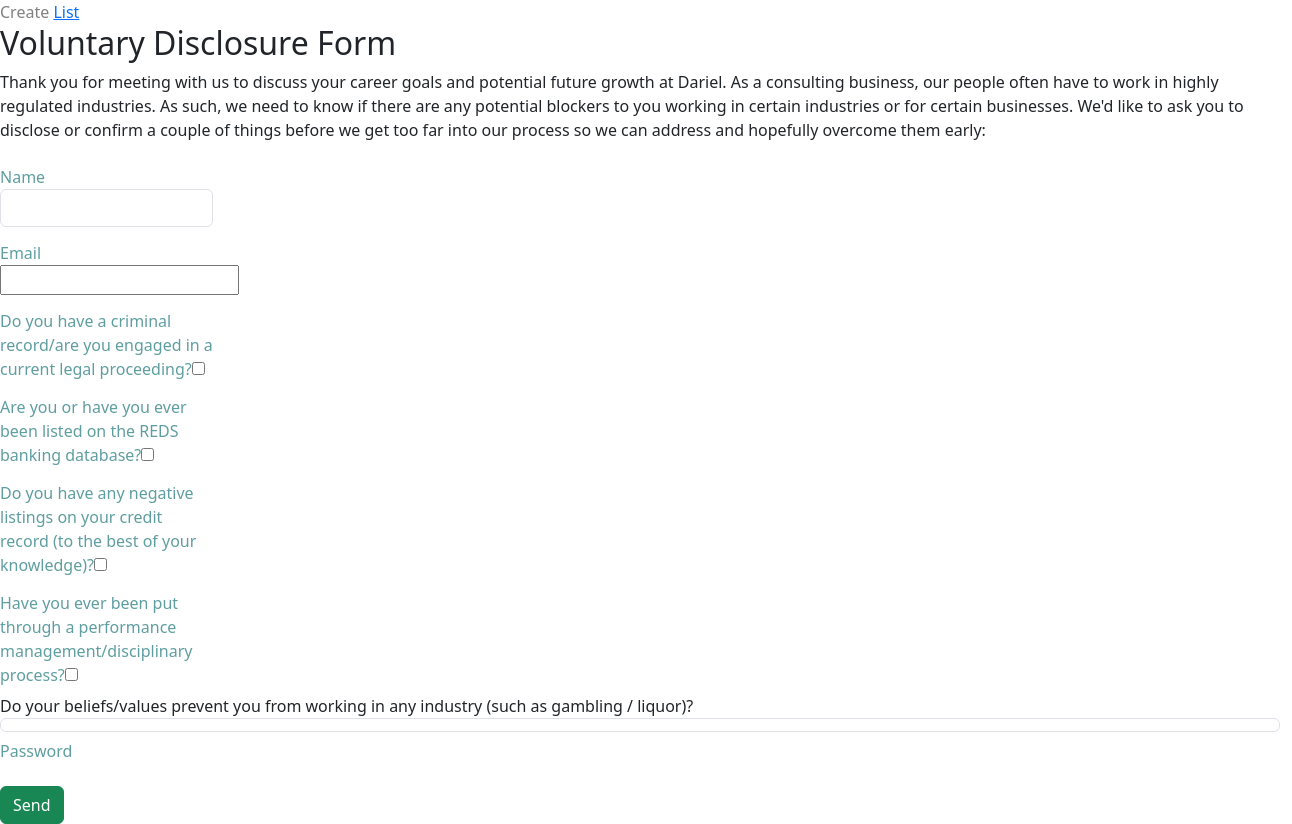
Repository: NtuthukoM/VoluntaryDisclosure
Page: / (app in disclosures-client/)
The author's editor kept a copy of each file at every save. The page is drawn from the files as they stood at one save, then again after a run of saves.
The browser window is 1280 px wide. The page is 1292 px wide, so the pictures cover 1292 px, including what lies to the right of the window. The pictures show the whole page.
The project was rebuilt for these pictures with package versions that can differ from the ones it lists, and the page was loaded fresh each time. Also part of the build but not shown: disclosures-client/src/pages/ListDisclosures.js, disclosures-client/src/pages/DisclosureDetails.js, disclosures-client/src/pages/DisclosureSubmitted.js.

Above is the page before, as saved 2023-05-30 20:41:38.

### disclosures-client/public/index.html
<!DOCTYPE html>
<html lang="en">
  <head>
    <meta charset="utf-8" />

    <meta name="viewport" content="width=device-width, initial-scale=1" />
    <meta name="theme-color" content="#000000" />
    <meta
      name="description"
      content="Web site created using create-react-app"
    />
    <link rel="apple-touch-icon" href="%PUBLIC_URL%/logo192.png" />
    <!--
      manifest.json provides metadata used when your web app is installed on a
      user's mobile device or desktop. See https://developers.google.com/web/fundamentals/web-app-manifest/
    -->
    <link rel="manifest" href="%PUBLIC_URL%/manifest.json" />
    <!--
      Notice the use of %PUBLIC_URL% in the tags above.
      It will be replaced with the URL of the `public` folder during the build.
      Only files inside the `public` folder can be referenced from the HTML.

      Unlike "/favicon.ico" or "favicon.ico", "%PUBLIC_URL%/favicon.ico" will
      work correctly both with client-side routing and a non-root public URL.
      Learn how to configure a non-root public URL by running `npm run build`.
    -->
    <title>React App</title>
  </head>
  <body>
    <noscript>You need to enable JavaScript to run this app.</noscript>
    <div id="root"></div>
    <!--
      This HTML file is a template.
      If you open it directly in the browser, you will see an empty page.

      You can add webfonts, meta tags, or analytics to this file.
      The build step will place the bundled scripts into the <body> tag.

      To begin the development, run `npm start` or `yarn start`.
      To create a production bundle, use `npm run build` or `yarn build`.
    -->
  </body>
</html>

### disclosures-client/src/index.js
import React from 'react';
import ReactDOM from 'react-dom/client';
import './bootstrap.css';
// import './index.css';
import App from './App';
import reportWebVitals from './reportWebVitals';

const root = ReactDOM.createRoot(document.getElementById('root'));
root.render(
  <React.StrictMode>
    <App />
  </React.StrictMode>
);

// If you want to start measuring performance in your app, pass a function
// to log results (for example: reportWebVitals(console.log))
// or send to an analytics endpoint. Learn more: https://bit.ly/CRA-vitals
reportWebVitals();

### disclosures-client/src/App.js
import logo from './logo.svg';
import {CreateDisclosures} from './pages/CreateDisclosure';
import {ListDisclosures} from './pages/ListDisclosures';
import {DisclosureDetails} from './pages/DisclosureDetails';
import {DisclosureSubmitted} from './pages/DisclosureSubmitted';
import { BrowserRouter, Routes, Route } from "react-router-dom";
import './App.css';

function App() {
  return (

      <BrowserRouter>
        <Routes>
          <Route path="/" element={<CreateDisclosures/>} />
          <Route path="/list" element={<ListDisclosures/>} />
          <Route path="/submitted" element={<DisclosureSubmitted/>} />
          <Route path="/details/:id" element={<DisclosureDetails/>} />
        </Routes>
      </BrowserRouter>
  );
}

export default App;

### disclosures-client/src/pages/CreateDisclosure.js
import { useState } from "react";
import { discloseUrl} from '../models/models';
import { Nav} from "../components/nav";
import { redirect } from "react-router-dom";

export function CreateDisclosures(){
    const [fullName, setFullName] = useState('');
    const [email, setEmail] = useState('');
    const [criminalRecord, setCriminalRecord] = useState(false);
    const [redsBankingDbListed, setRedsBankingDbListed] = useState(false);
    const [negativeCreditListing, setNegativeCreditListing] = useState(false);
    const [performanceManagementPlaced, setPerformanceManagementPlaced] = useState(false);
    const [ethicalIndustringRestriction, setEthicalIndustringRestriction] = useState(false);
    const [submitting, setSubmitting] = useState(false);

    function onFormSubmit(e){
        e.preventDefault();
        setSubmitting(true);
        let model = {
            fullName: fullName,
            email: email,
            criminalRecord: criminalRecord,
            redsBankingDbListed: redsBankingDbListed,
            negativeCreditListing: negativeCreditListing,
            performanceManagementPlaced: performanceManagementPlaced,
            ethicalIndustringRestriction: ethicalIndustringRestriction
        }
        const ops = {
            method: 'POST',
            headers: {
                "Content-Type": "application/json",
                // 'Content-Type': 'application/x-www-form-urlencoded',
              },
              redirect: "follow", // manual, *follow, error
              referrerPolicy: "no-referrer", // no-referrer, *no-referrer-when-downgrade, origin, origin-when-cross-origin, same-origin, strict-origin, strict-origin-when-cross-origin, unsafe-url
              body: JSON.stringify(model), // body data type must match "Content-Type" header
        };
        const response = fetch(discloseUrl, ops)
        .then(() => {
            setSubmitting(false);
            console.log('redirecting');
           return redirect("/submitted");
        }).catch(exc => console.log(`error ${exc}`));
    }
    return (
        <>
            <Nav />
            <h2>Voluntary Disclosure Form</h2>
            <p>
                Thank you for meeting with us to discuss your career goals and potential future growth at Dariel.
                As a consulting business, our people often have to work in highly regulated industries.
                As such, we need to know if there are any potential blockers to you working in certain industries or for certain businesses.
                We'd like to ask you to disclose or confirm a couple of things before we get too far into our process so we can address and hopefully overcome them early:
            </p>
            <form onSubmit={onFormSubmit}>


            <div className="form-group">
                <label className="col-sm-2 col-form-label">
                    Name
                    <input className="form-control" type="text" value={fullName} onChange={(e) => setFullName(e.target.value) } disabled={submitting} />
                </label>
            </div>

            <div>
                <label className="col-sm-2 col-form-label">
                    Email
                    <input type="text" value={email} onChange={e => setEmail(e.target.value)} disabled={submitting}  />
                </label>
            </div>


            <div>
                <label className="col-sm-2 col-form-label">
                    Do you have a criminal record/are you engaged in a current legal proceeding?
                    <input type="checkbox" value={criminalRecord} onChange={e => {
                        setCriminalRecord(!criminalRecord);
                        }}  disabled={submitting} />
                </label>
            </div>
            <div>
                <label className="col-sm-2 col-form-label">
                Are you or have you ever been listed on the REDS banking database?
                    <input type="checkbox"  value={redsBankingDbListed} onChange={e => {
                        setRedsBankingDbListed(!redsBankingDbListed);
                        }}  disabled={submitting} />
                </label>
            </div>
            <div>
                <label className="col-sm-2 col-form-label">
                Do you have any negative listings on your credit record (to the best of your knowledge)?
                    <input type="checkbox"  value={negativeCreditListing} onChange={e => {
                        setNegativeCreditListing(!negativeCreditListing);
                        }}  disabled={submitting} />
                </label>
            </div>
            <div>
                <label className="col-sm-2 col-form-label">
                Have you ever been put through a performance management/disciplinary process?
                    <input type="checkbox"  value={performanceManagementPlaced} onChange={e => {
                        setPerformanceManagementPlaced(!performanceManagementPlaced);
                        }}  disabled={submitting} />
                </label>
            </div>
            <div>
                <label>
                </label>
                Do your beliefs/values prevent you from working in any industry (such as gambling / liquor)?
                    <input type="checkbox" className="form-control"  value={ethicalIndustringRestriction} onChange={e => {
                        setEthicalIndustringRestriction(!ethicalIndustringRestriction);
                        }}  disabled={submitting} />
            </div>
            <div class="mb-3 row">
    <label for="inputPassword" className="col-sm-2 col-form-label">Password</label>
    <div className="col-sm-10">

    </div>
  </div>
            <div>
                <button className="btn btn-success" disabled={submitting}>Send</button>
            </div>
             </form>
        </>
    );
}

### disclosures-client/src/App.css
.App {
  text-align: center;
}

.active {
  color: gray;
  text-decoration: none;
  cursor: default;
}

label {
  color: cadetblue;
}

.App-logo {
  height: 40vmin;
  pointer-events: none;
}

@media (prefers-reduced-motion: no-preference) {
  .App-logo {
    animation: App-logo-spin infinite 20s linear;
  }
}

.App-header {
  background-color: #282c34;
  min-height: 100vh;
  display: flex;
  flex-direction: column;
  align-items: center;
  justify-content: center;
  font-size: calc(10px + 2vmin);
  color: white;
}

.App-link {
  color: #61dafb;
}

@keyframes App-logo-spin {
  from {
    transform: rotate(0deg);
  }
  to {
    transform: rotate(360deg);
  }
}

### disclosures-client/src/models/models.js
export const discloseUrl = 'https://localhost:7163/api/Disclosures';

### disclosures-client/src/components/nav.js
import {NavLink} from "react-router-dom"

export function Nav(){
    return (
        <>
            <nav>
                <NavLink to="/" className={({isActive}) => isActive ? "active" : "go-to"}>Create </NavLink>
                <NavLink to="/list" className={({isActive}) => isActive ? "active" : ""}>List </NavLink>
            </nav>
        </>
    )
}

Loaded but not shown: disclosures-client/src/bootstrap.css (library); disclosures-client/src/reportWebVitals.js (common file)

After the next 2 saves:
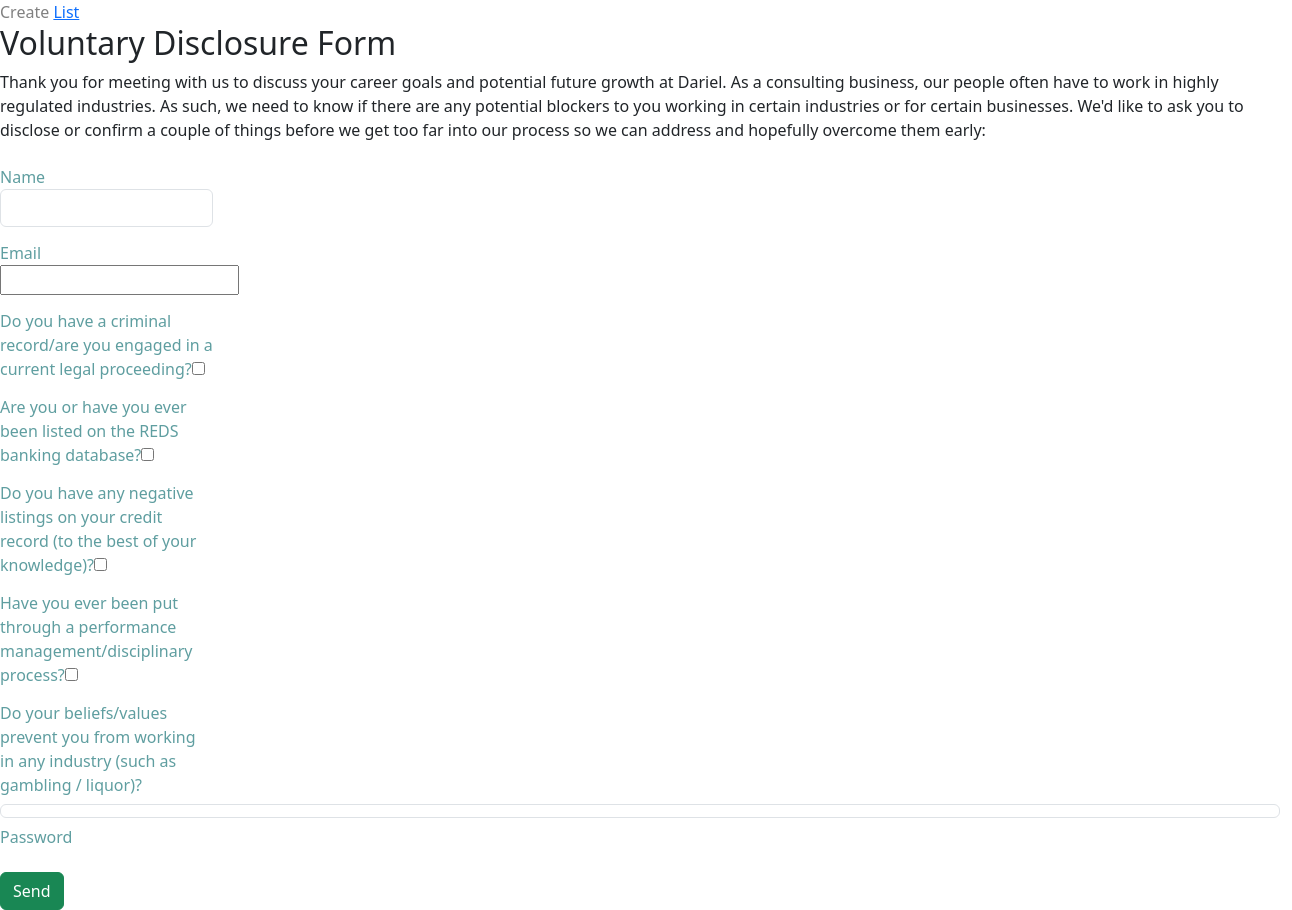
The 2 saves are shown as one change because they came seconds apart.
The last was saved 14 s later.
--- a/disclosures-client/src/pages/CreateDisclosure.js
+++ b/disclosures-client/src/pages/CreateDisclosure.js
@@ -103,9 +103,9 @@ export function CreateDisclosures(){
                 </label>
             </div>
             <div>
-                <label>
+                <label className="col-sm-2 col-form-label">
+                Do your beliefs/values prevent you from working in any industry (such as gambling / liquor)?
                 </label>
-                Do your beliefs/values prevent you from working in any industry (such as gambling / liquor)?
                     <input type="checkbox" className="form-control"  value={ethicalIndustringRestriction} onChange={e => {
                         setEthicalIndustringRestriction(!ethicalIndustringRestriction);
                         }}  disabled={submitting} />
